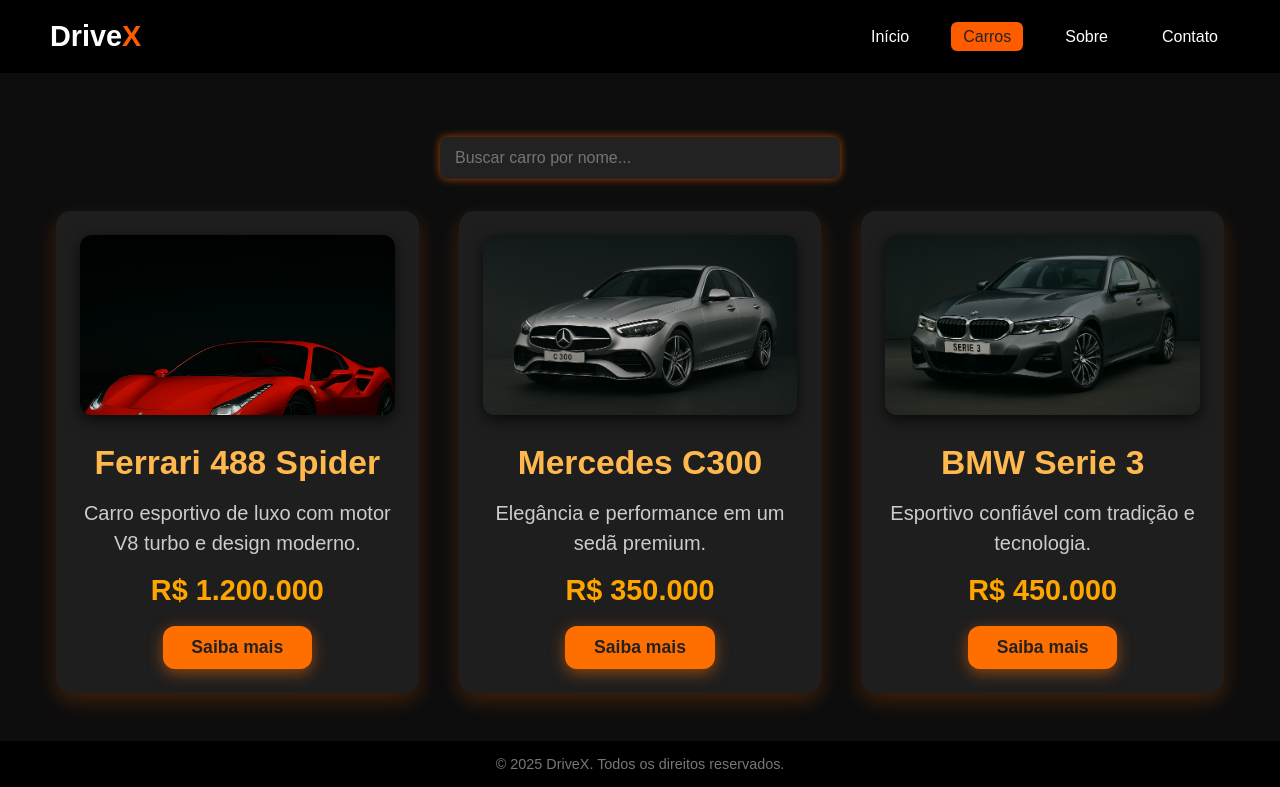
Repository: Mateushlp/DriveX
Page: carros.html
An editor plug-in stored every save of this project. The page is shown before and after a run of saves, followed by the edit.
The browser window is 1280 px wide. The pictures show the whole page.

Above is the page before, as saved 2025-06-23 22:38:46.

After the next 12 saves:
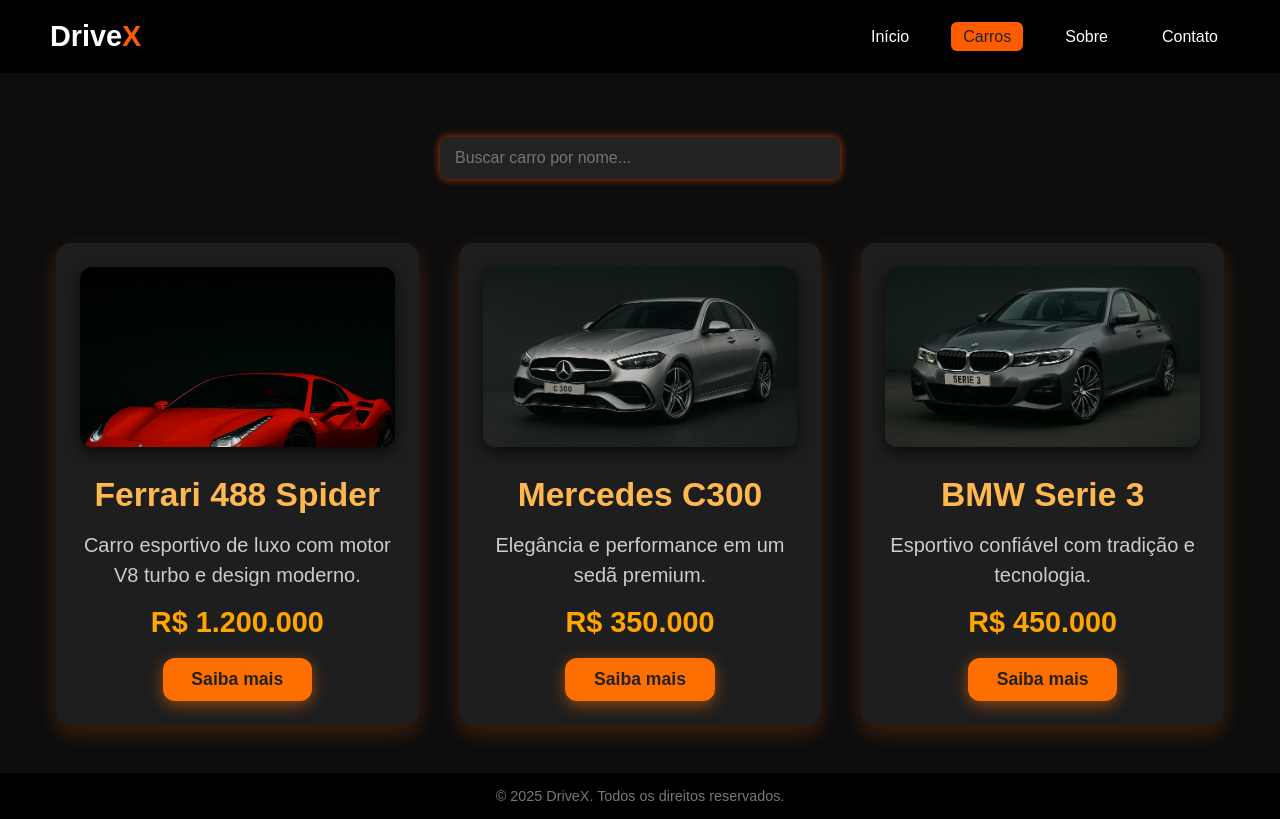
The 12 saves are shown as one change because they came seconds apart.
The last was saved 28 s later.
--- a/carros.css
+++ b/carros.css
@@ -56,7 +56,9 @@
 /* MAIN */
 main {
   display: grid;
-    grid-template-columns: 2fr;
+  grid-template-columns: 2fr;
+    padding: 2rem;
+    gap: 2rem;
   padding: 2rem 1rem 3rem;
   max-width: 1200px;
   margin: 0 auto;
